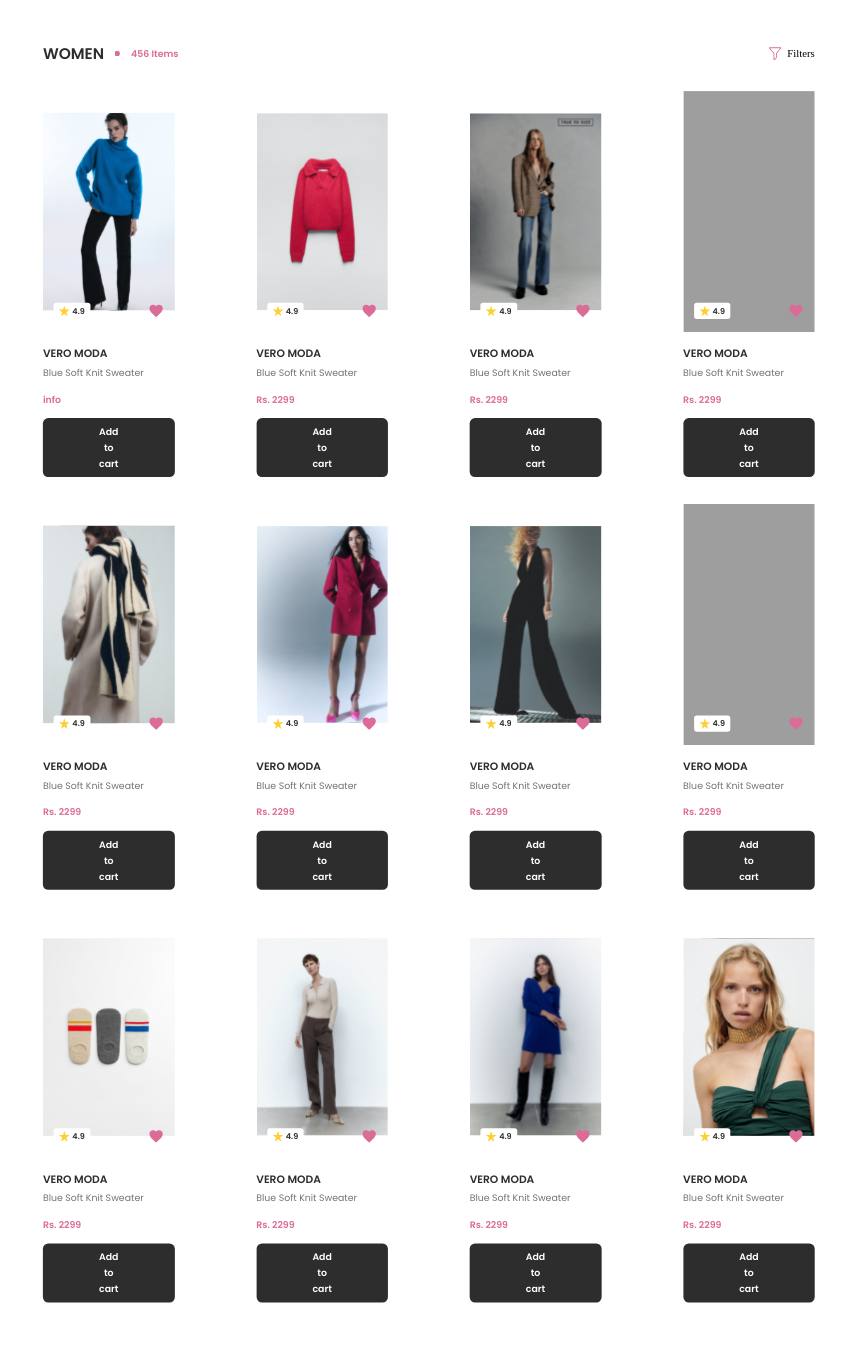
Repository: NatiqSamiyev/E-commerce-vebsite
Page: pages/shopPage/index.html
The author's editor kept a copy of each file at every save. The page is drawn from the files as they stood at one save, then again after the next save.
The browser window is 1280 px wide. The pictures show the whole page, at 67% of full size.
Pictures or frames that could not be fetched are drawn as grey boxes. Some web fonts or font styles are not loaded; a fallback is used. The style sheet was rebuilt from its Sass, Less or Tailwind sources for each picture, by a compiler version that may differ from the author's.

Above is the page before, as saved 2023-12-09 11:33:14.

After the next save:
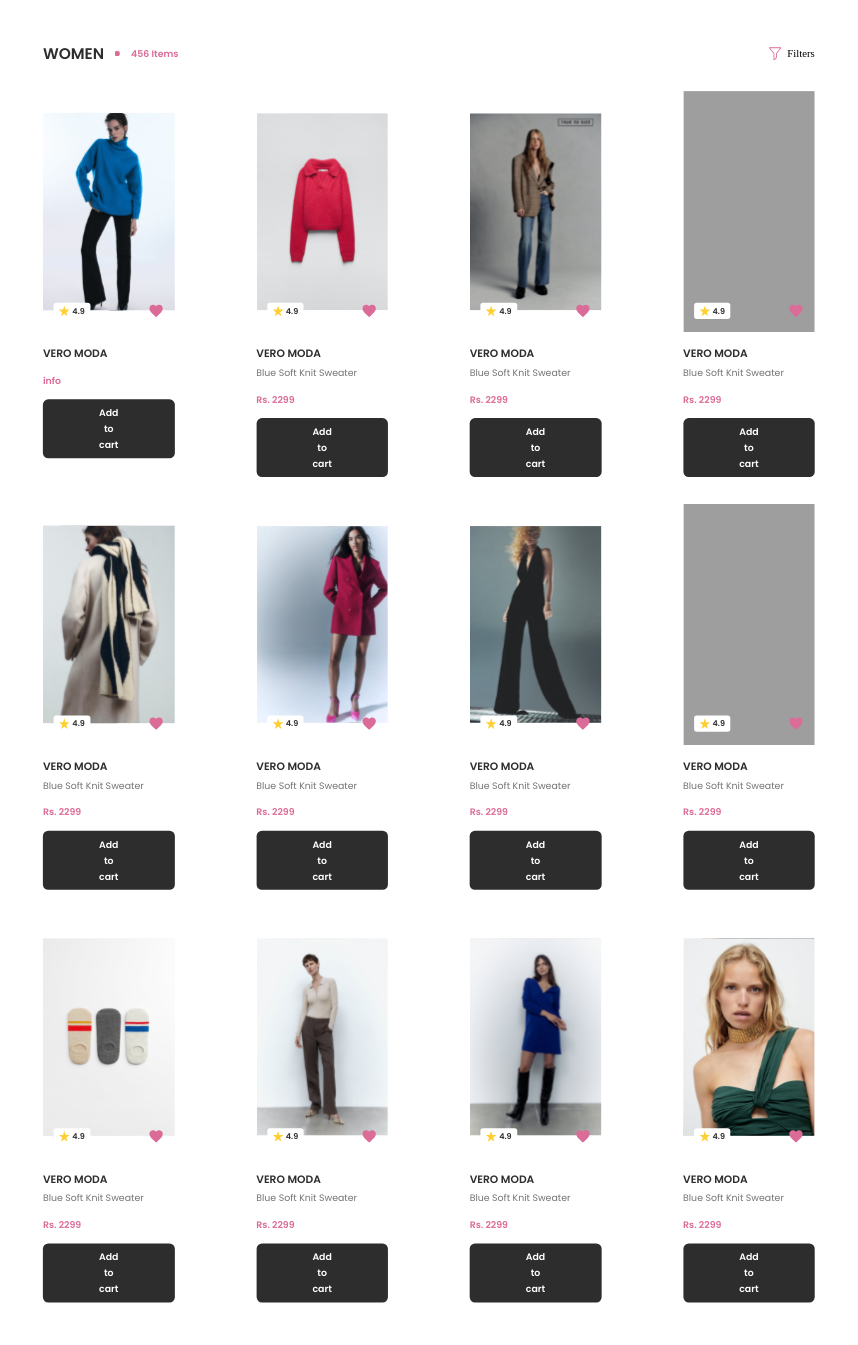
Saved 4 s later.
--- a/pages/shopPage/index.html
+++ b/pages/shopPage/index.html
@@ -45,7 +45,7 @@
           </div>
 
           <h2>VERO MODA</h2>
-          <h3>Blue Soft Knit Sweater</h3>
+          <h3></h3>
           <h4>info</h4>
 
           <button>
